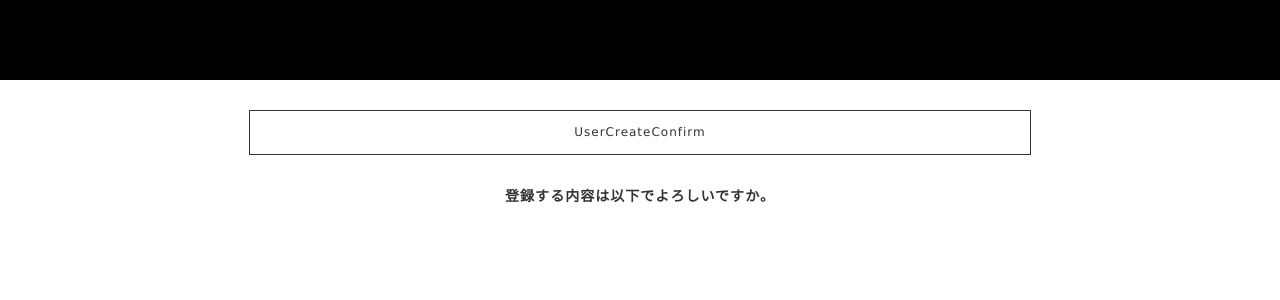
Repository: cha-git/ecsite
Page: http://localhost/template/userCreateConfirm.jsp
These files come from the project's save history. The page is drawn as it stood at one moment and after the next save; the edit follows.
The browser window is 1280 px wide. The pictures show the whole page.
The page is served by Tomcat 9. Other server files are loaded and not shown.

Above is the page before, as saved 2018-12-25 09:55:46.

### template/WebContent/userCreateConfirm.jsp
<%@ page language="java" contentType="text/html; charset=UTF-8"
    pageEncoding="UTF-8"%>
<%@ taglib prefix="s" uri="/struts-tags" %>
<!DOCTYPE html>
<html>
<head>
	<meta http-equiv="Content-Type" content="text/html; charset=UTF-8" />
	<meta http-equiv="Content-Style-Type" content="text/css" />
	<meta http-equiv="Content-Script-Type" content="text/javascript" />
	<meta http-equiv="imagetoolbar" content="no" />
	<meta name="description" content="" />
	<meta name="keywords" content="" />
	<title>UserCreateConfirm画面</title>
	<style type="text/css">
	/* ========TAG LAYOUT======== */
	body {
		margin:0;
		padding:0;
		line-height:1.6;
		letter-spacing:1px;
		font-family:Verdana, Helvetica, sans-serif;
		font-size:12px;
		color:#333;
		background:#fff;
	}

	table {
		text-align:center;
		margin:0 auto;
	}
	/* ========ID LAYOUT======== */
	#top {
		width:780px;
		margin:30px auto;
		border:1px solid #333;
	}

	#header {
		width:100%;
		height:80px;
		background-color:black;
	}

	#main {
		width:100%;
		height:500px;
		text-align:center;
	}

	#footer {
		width:100%;
		height:80px;
		background-color:black;
		clear:both;
	}
	</style>
</head>
<body>
	<div id="header">
		<div id="pr">
		</div>
	</div>
	<div id="main">
		<div id="top">
			<p>UserCreateConfirm</p>
		</div>
		<div>
			<h3>登録する内容は以下でよろしいですか。</h3>
			<table>
				<s:form action="UserCreateCompleteAction">

				</s:form>
			</table>
		</div>
	</div>
</body>
</html>

After the next save:
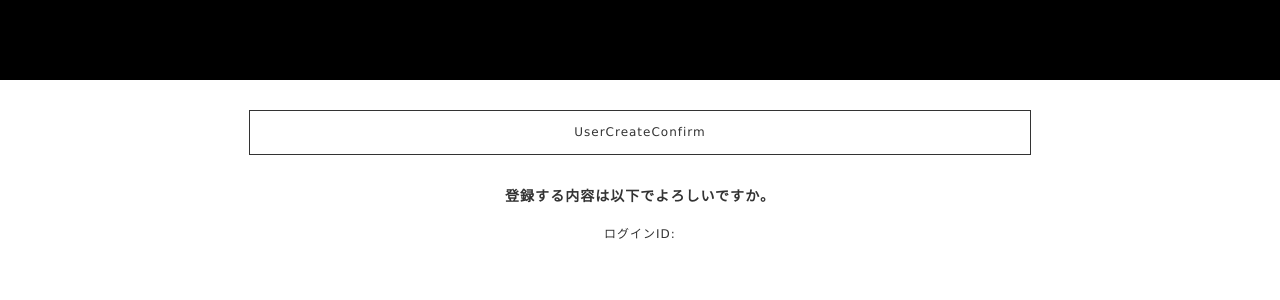
Saved 58 s later.
--- a/template/WebContent/userCreateConfirm.jsp
+++ b/template/WebContent/userCreateConfirm.jsp
@@ -68,7 +68,11 @@
 			<h3>登録する内容は以下でよろしいですか。</h3>
 			<table>
 				<s:form action="UserCreateCompleteAction">
-
+				<tr id="box">
+					<td>
+						<label>ログインID:</label>
+					</td>
+				</tr>
 				</s:form>
 			</table>
 		</div>
